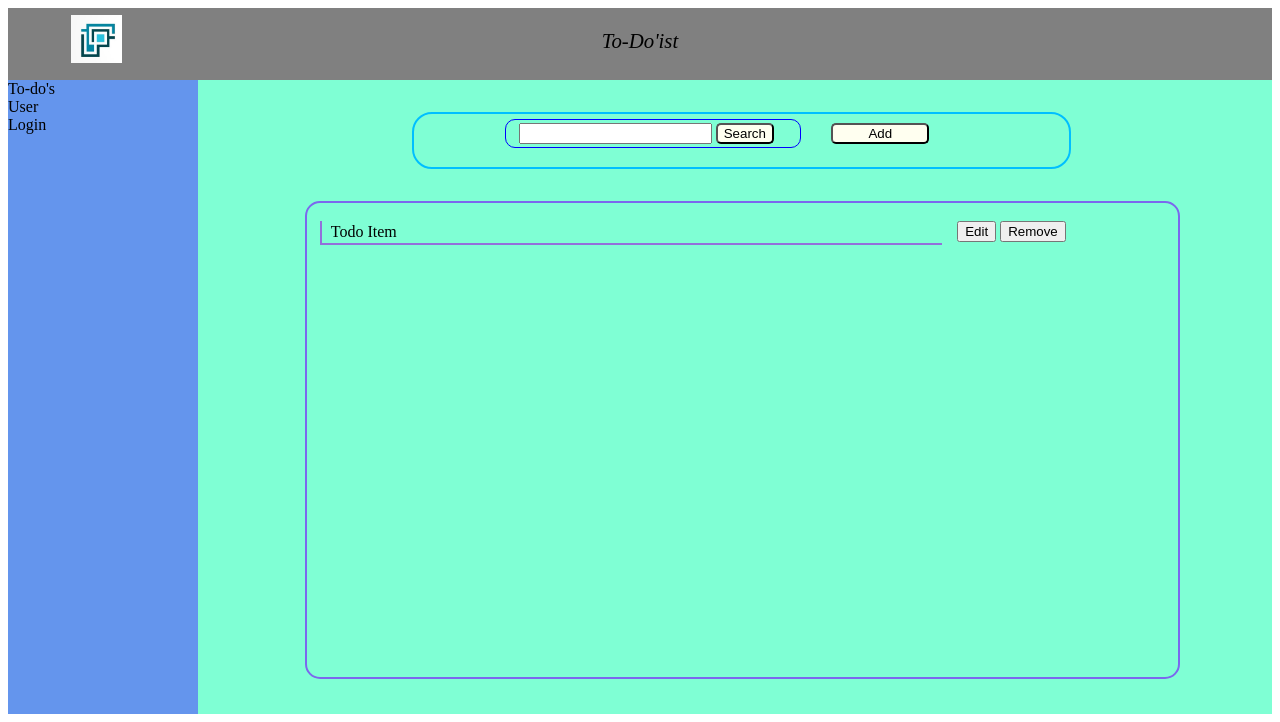
Repository: tavisca-pkadam/Todo-Website
Page: home.html
These files come from the project's save history. The page is drawn as it stood at one moment and after the next save; the edit follows.
The browser window is 1280 px wide. The pictures show the whole page.

Above is the page before, as saved 2019-08-20 08:09:27.

After the next save:
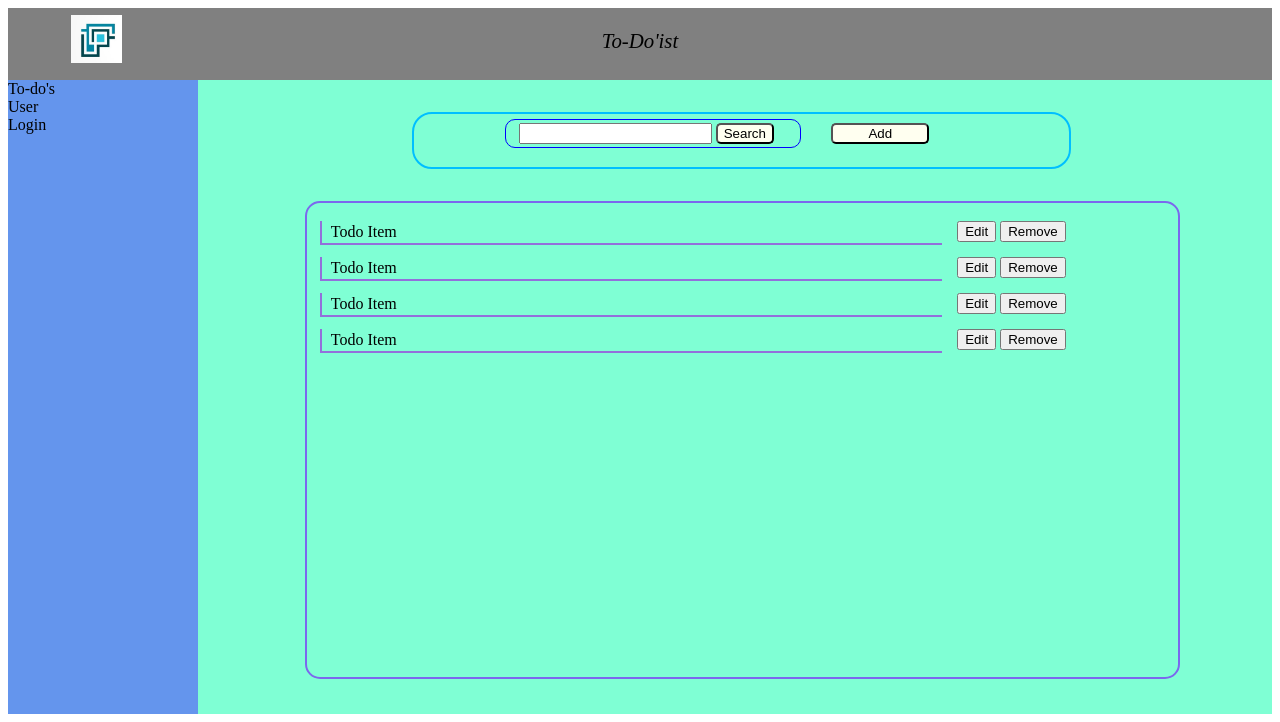
Saved 26 min 13 s later.
--- a/home.html
+++ b/home.html
@@ -45,6 +45,27 @@
                 <button class="todo_edit_btn">Edit</button>
                 <button>Remove</button>
             </div>
+            <div class="todo_item">
+                <div class="todo_detail">
+                        Todo Item
+                </div>
+                <button class="todo_edit_btn">Edit</button>
+                <button>Remove</button>
+            </div>
+            <div class="todo_item">
+                <div class="todo_detail">
+                        Todo Item
+                </div>
+                <button class="todo_edit_btn">Edit</button>
+                <button>Remove</button>
+            </div>
+            <div class="todo_item">
+                <div class="todo_detail">
+                        Todo Item
+                </div>
+                <button class="todo_edit_btn">Edit</button>
+                <button>Remove</button>
+            </div>
         </div>
     </div>
   </body>
